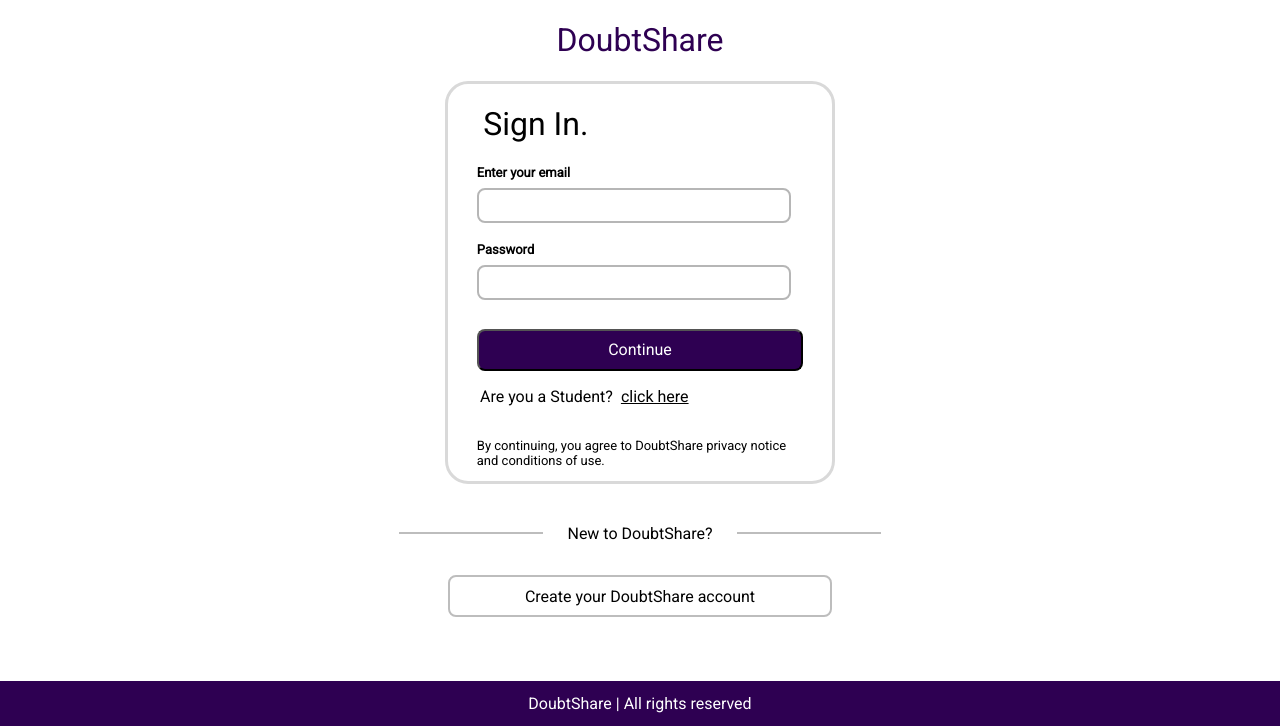
Repository: drumsmanku/doubtshare
Page: /login/tutor (app in frontend/)
The author's editor kept a copy of each file at every save. The page is drawn from the files as they stood at one save, then again after the next save.
The browser window is 1280 px wide. The pictures show the whole page.
The project was rebuilt for these pictures with package versions that can differ from the ones it lists, and the page was loaded fresh each time. Also part of the build but not shown: frontend/src/App.css, frontend/src/Components/Register/Register.js, frontend/src/Components/Dashboard/Dashboard.js, frontend/src/Components/Login/Login.js, frontend/src/Components/RegisterTutor/RegisterTutor.js.

Above is the page before, as saved 2023-12-30 12:27:00.

### frontend/src/App.js
import './App.css';
import { BrowserRouter as Router, Route, Routes} from 'react-router-dom';
import Register from './Components/Register/Register';
import Dashboard from './Components/Dashboard/Dashboard';
import Login from './Components/Login/Login';
import LoginTutor from './Components/LoginTutor/LoginTutor';
import RegisterTutor from './Components/RegisterTutor/RegisterTutor';

function App() {
  return (
    <div className="App">
      <Router>
        <Routes>
          <Route path='/' element={<Dashboard/>}/>
          <Route path='/register/student' element={<Register/>}/>
          <Route path='/login/student' element={<Login/>}/>
          <Route path='/login/tutor' element={<LoginTutor/>}/>
          <Route path='/register/tutor' element={<RegisterTutor/>}/>
        </Routes>
      </Router>
    </div>
  );
}

export default App;

### frontend/src/Components/LoginTutor/LoginTutor.js
import React, { useState } from 'react';
import { useNavigate } from 'react-router-dom';
import axios from 'axios';
import styles from './LoginTutor.module.css';

const DivStyles={
  display: 'flex',
  flexDirection: 'column',
  marginBottom: '1.2rem',
  alignItems: 'flex-start',
  width: '85%',
}
const InputStyles={
  width: '90%',
  padding:'0.5rem 0.5rem 0.5rem 0.5rem',
  borderRadius: '8px',
  border:'2px solid #B6B6B6',
  marginTop: '0.5rem',
}

function LoginTutor() {
  const navigate = useNavigate();
  const [error, setError]=useState('');
  const [user, setUser] = useState({
    email: '',
    password: '',
  });

  const handleChange = e => {
    setUser({
      ...user,
      [e.target.name]: e.target.value
    });
  };
  const login = (event) => {
    event.preventDefault();
    axios.post('http://localhost:4000/login/tutor', user)
      .then(res => {
        localStorage.setItem('token', res.data.token);
        localStorage.setItem('user', res.data.name);
        const tokenData=localStorage.getItem('token')
        if(tokenData!=='undefined') {
          navigate('/')
        }
        else{
         setError('Invalid credentials');
        }


      })
      .catch(err => console.log(err));
  };
  return (
    <div className={styles.container}>
      <div className={styles.heading}>
        <h1 style={{fontWeight:'500'}}>DoubtShare</h1>
      </div>
      <h1 className={styles.welcomeText} >Welcome</h1>
      <div className={styles.mainBody}>
        <form className={styles.form}>

          <div className={styles.inputContainer}>
            <h1 className={styles.signInText}>Sign In. <span className={styles.alreadyCustomer}>Already a customer?</span></h1>


            <div style={DivStyles}>
              <label htmlFor="email" style={{fontWeight:600, fontSize:'small'}}>Enter your email </label>
              <input type="text" name="email" value={user.email} onChange={handleChange} style={InputStyles}/>
            </div>


            <div style={DivStyles}>
              <label htmlFor="password" style={{fontWeight:600, fontSize:'small'}}>Password</label>
              <input type="password" name="password" value={user.password} onChange={handleChange} style={InputStyles} />
            </div>
            <span style={{color:'red', fontSize:'small', marginBottom:'0.6rem'}}>
              {error}
            </span>

          </div>

          <div style={{width:'100%', display:'flex', justifyContent:'center'}}>
            <button className={styles.buttonStyles} type="submit" style={{ cursor:'pointer'}} onClick={login}>Continue</button>
          </div>

          <div style={{width:'100%', display:'flex', alignItems:'center', paddingLeft:'2rem'}}>
             <p>Are you a Student?</p>
             <u style={{ cursor:'pointer', marginLeft:'0.5rem'}} onClick={()=>{navigate('/login/student')}}>click here</u>
          </div>

          <div style={{width:'100%', display:'flex', justifyContent:'center', marginTop:'1rem'}}>
            <p style={{width:'85%', textAlign:'left',fontSize:'small',  marginTop:0}}>By continuing, you agree to DoubtShare privacy notice and conditions of use.
            </p>
          </div>

        </form>
        <div style={{display:'flex', marginTop:'2.5rem'}}>
          <hr className={styles.wideLine} />
          <span className={styles.newToMusic} >New to DoubtShare?</span>
          <hr className={styles.wideLine} />
        </div>

        <button className={styles.notLoggedInButton}  onClick={()=>{navigate('/register/tutor')}}>Create your DoubtShare account</button>
      </div>


      <footer style={{ backgroundColor:'#2E0052', width:'100%', padding:'0.8rem 0 0.8rem 0', color:'white', textAlign:'center'}}>
          DoubtShare | All rights reserved
      </footer>
    </div>
  )
}

export default LoginTutor

### frontend/src/Components/Register/Register.module.css
@import url('https://fonts.googleapis.com/css2?family=DM+Sans&family=Roboto&display=swap');

body{
  font-family: 'Roboto';
}

.container{
  height: 100vh;
  width: 100%;
  display: flex;
  flex-direction: column;

  align-items: center;
  justify-content: space-between;
}

.form{
  display: flex;
  flex-direction: column;
  border: 3px solid #D9D9D9;
  border-radius: 23.2px;
  width: 30%;

}
.inputContainer{
  display: flex;
  align-items: center;
  flex-direction: column;
}

.buttonStyles{
  width: 85%;
  background-color: #2E0052;
  border-radius: 8px;
  color: white;
  padding: 0.6rem 0 0.6rem 0;
  font-family: 'Roboto';
  font-weight: 500;
  font-size: medium;
}

.welcomeText{
  display: none;
}

.heading{
  display: flex;
  align-items: center;
  font-family: 'Roboto';
  color: #2E0052;
  font-weight: 500;
}
@media (max-width: 768px){
  .heading{
    background-color: #2E0052;
    width: 100%;
    height: 8%;
    display: flex;
    padding-left: 2rem;
    align-items: center;
    color: white;
    font-size: small;
    font-weight: 400;
  }
  .form{
    width: 80%;
  }
  .notLoggedInButton{
    width: 80%;
  }
  .wideLine{
    width: 5rem;
  }
  .newToMusic{
    margin:0 1.5rem 0 1rem;
  }
  hr {
    width: 4rem;
  }
  .welcomeText {
    display: block;
    font-weight: 500;
    width: 80%;
    text-align: start;
  }
  .inputContainer>h1{
    font-size: medium;
    font-weight: 500;
    padding-left: 1.5rem;
  }
  .alreadyCustomer{
    font-weight: 400;
    display: inline-block;
  }
  footer{
    margin-top: 1rem;
  }
}

### frontend/src/Components/Login/Login.module.css
@import url('https://fonts.googleapis.com/css2?family=DM+Sans&family=Roboto&display=swap');

body{
  font-family: 'Roboto';
}

.container{
  height: 100vh;
  width: 100%;
  display: flex;
  flex-direction: column;
  justify-content: space-between;
  align-items: center;
}

.form{
  display: flex;
  flex-direction: column;
  border: 3px solid #D9D9D9;
  border-radius: 23.2px;
  width: 30%;

}
.inputContainer{
  display: flex;
  align-items: center;
  flex-direction: column;
}

.buttonStyles{
  width: 85%;
  background-color: #2E0052;
  border-radius: 8px;
  color: white;
  padding: 0.6rem 0 0.6rem 0;
  font-family: 'Roboto';
  font-weight: 500;
  font-size: medium;
}
.notLoggedInButton{
  width: 30%;
  background:none;
  border: 2px solid #BDBDBD;
  border-radius: 8px;
  color: black;
  padding: 0.6rem 0 0.6rem 0;
  font-family: 'Roboto';
  font-weight: 500;
  font-size: medium;
  margin-top: 2rem;
  cursor: pointer;
}
.heading{
  display: flex;
  align-items: center;
  font-family: 'Roboto';
  color: #2E0052;
  font-weight: 500;
}
.newToMusic{
  margin:0 1.5rem 0 1.5rem;
}
.wideLine {
  height: 2px;
  width: 9rem;
  background-color: #BDBDBD;
  border: none;
}

.welcomeText{
  display: none;
}
.signInText{
  align-self: flex-start;
  padding-left: 2.2rem;
  font-weight: 500;
}
.alreadyCustomer{

  display: none;
}

.mainBody{
  width: 100%;
  display: flex;
  flex-direction: column;
  align-items: center;
  margin-bottom: 4rem;
}

@media (max-width: 768px){
  .heading{
    background-color: #2E0052;
    width: 100%;
    height: 8%;
    display: flex;
    padding-left: 2rem;
    align-items: center;
    color: white;
    font-size: small;
    font-weight: 400;
  }
  .form{
    width: 80%;
  }
  .notLoggedInButton{
    width: 80%;
  }
  .wideLine{
    width: 5rem;
  }
  .newToMusic{
    margin:0 1.5rem 0 1rem;
  }
  .wideLine{
    width: 4rem;
  }
  .welcomeText {
    display: block;
    font-weight: 500;
    width: 80%;
    text-align: start;
  }
  .inputContainer>h1{
    font-size: medium;
    font-weight: 500;
    padding-left: 1.5rem;
  }
  .alreadyCustomer{
    font-weight: 400;
    display: inline-block;
  }
}

### frontend/src/Components/LoginTutor/LoginTutor.module.css
@import url('https://fonts.googleapis.com/css2?family=DM+Sans&family=Roboto&display=swap');

body{
  font-family: 'Roboto';
}

.container{
  height: 100vh;
  width: 100%;
  display: flex;
  flex-direction: column;
  justify-content: space-between;
  align-items: center;
}

.form{
  display: flex;
  flex-direction: column;
  border: 3px solid #D9D9D9;
  border-radius: 23.2px;
  width: 30%;

}
.inputContainer{
  display: flex;
  align-items: center;
  flex-direction: column;
}

.buttonStyles{
  width: 85%;
  background-color: #2E0052;
  border-radius: 8px;
  color: white;
  padding: 0.6rem 0 0.6rem 0;
  font-family: 'Roboto';
  font-weight: 500;
  font-size: medium;
}
.notLoggedInButton{
  width: 30%;
  background:none;
  border: 2px solid #BDBDBD;
  border-radius: 8px;
  color: black;
  padding: 0.6rem 0 0.6rem 0;
  font-family: 'Roboto';
  font-weight: 500;
  font-size: medium;
  margin-top: 2rem;
  cursor: pointer;
}
.heading{
  display: flex;
  align-items: center;
  font-family: 'Roboto';
  color: #2E0052;
  font-weight: 500;
}
.newToMusic{
  margin:0 1.5rem 0 1.5rem;
}
.wideLine {
  height: 2px;
  width: 9rem;
  background-color: #BDBDBD;
  border: none;
}

.welcomeText{
  display: none;
}
.signInText{
  align-self: flex-start;
  padding-left: 2.2rem;
  font-weight: 500;
}
.alreadyCustomer{

  display: none;
}

.mainBody{
  width: 100%;
  display: flex;
  flex-direction: column;
  align-items: center;
  margin-bottom: 4rem;
}

@media (max-width: 768px){
  .heading{
    background-color: #2E0052;
    width: 100%;
    height: 8%;
    display: flex;
    padding-left: 2rem;
    align-items: center;
    color: white;
    font-size: small;
    font-weight: 400;
  }
  .form{
    width: 80%;
  }
  .notLoggedInButton{
    width: 80%;
  }
  .wideLine{
    width: 5rem;
  }
  .newToMusic{
    margin:0 1.5rem 0 1rem;
  }
  .wideLine{
    width: 4rem;
  }
  .welcomeText {
    display: block;
    font-weight: 500;
    width: 80%;
    text-align: start;
  }
  .inputContainer>h1{
    font-size: medium;
    font-weight: 500;
    padding-left: 1.5rem;
  }
  .alreadyCustomer{
    font-weight: 400;
    display: inline-block;
  }
}

### frontend/src/Components/RegisterTutor/RegisterTutor.module.css
@import url('https://fonts.googleapis.com/css2?family=DM+Sans&family=Roboto&display=swap');

body{
  font-family: 'Roboto';
}

.container{
  height: 100vh;
  width: 100%;
  display: flex;
  flex-direction: column;

  align-items: center;
  justify-content: space-between;
}

.form{
  display: flex;
  flex-direction: column;
  border: 3px solid #D9D9D9;
  border-radius: 23.2px;
  width: 30%;

}
.inputContainer{
  display: flex;
  align-items: center;
  flex-direction: column;
}

.buttonStyles{
  width: 85%;
  background-color: #2E0052;
  border-radius: 8px;
  color: white;
  padding: 0.6rem 0 0.6rem 0;
  font-family: 'Roboto';
  font-weight: 500;
  font-size: medium;
}

.welcomeText{
  display: none;
}

.heading{
  display: flex;
  align-items: center;
  font-family: 'Roboto';
  color: #2E0052;
  font-weight: 500;
}
@media (max-width: 768px){
  .heading{
    background-color: #2E0052;
    width: 100%;
    height: 8%;
    display: flex;
    padding-left: 2rem;
    align-items: center;
    color: white;
    font-size: small;
    font-weight: 400;
  }
  .form{
    width: 80%;
  }
  .notLoggedInButton{
    width: 80%;
  }
  .wideLine{
    width: 5rem;
  }
  .newToMusic{
    margin:0 1.5rem 0 1rem;
  }
  hr {
    width: 4rem;
  }
  .welcomeText {
    display: block;
    font-weight: 500;
    width: 80%;
    text-align: start;
  }
  .inputContainer>h1{
    font-size: medium;
    font-weight: 500;
    padding-left: 1.5rem;
  }
  .alreadyCustomer{
    font-weight: 400;
    display: inline-block;
  }
  footer{
    margin-top: 1rem;
  }
}

Loaded but not shown: frontend/public/index.html (common file); frontend/src/index.js (common file); frontend/src/index.css (common file)

After the next save:
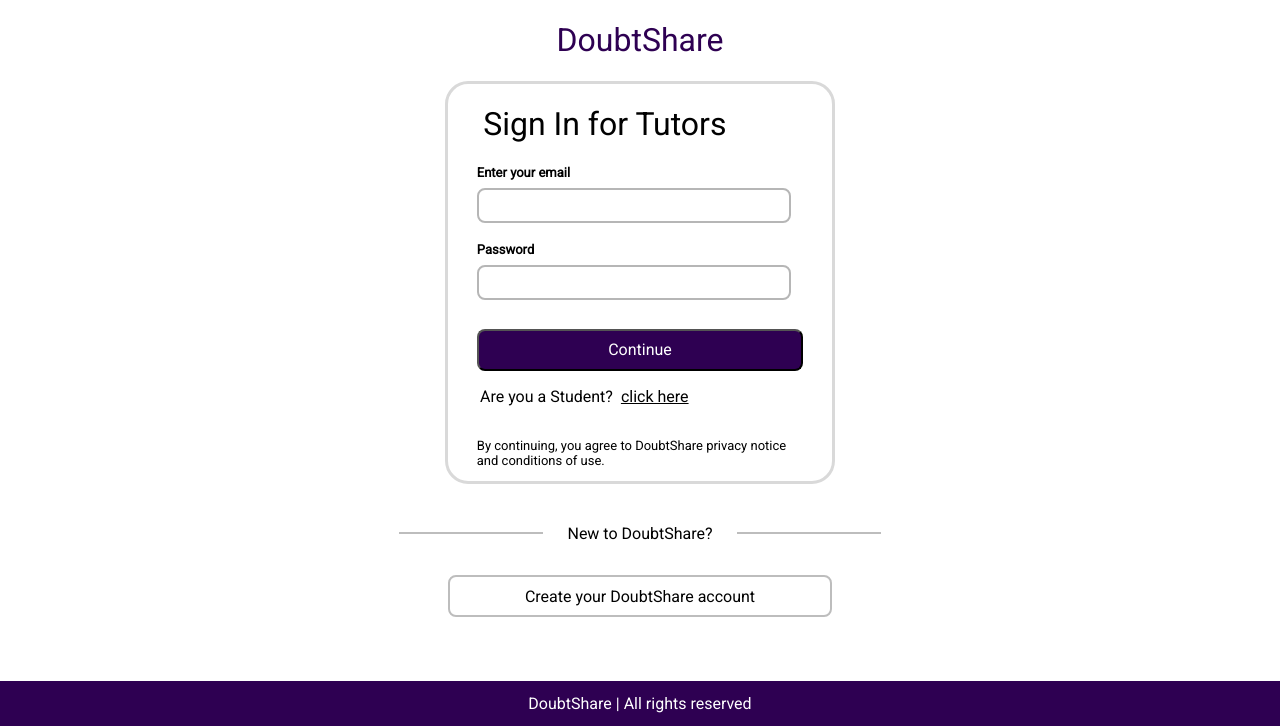
Saved 12 s later.
--- a/frontend/src/Components/LoginTutor/LoginTutor.js
+++ b/frontend/src/Components/LoginTutor/LoginTutor.js
@@ -60,7 +60,7 @@ function LoginTutor() {
         <form className={styles.form}>
 
           <div className={styles.inputContainer}>
-            <h1 className={styles.signInText}>Sign In. <span className={styles.alreadyCustomer}>Already a customer?</span></h1>
+            <h1 className={styles.signInText}>Sign In for Tutors </h1>
 
 
             <div style={DivStyles}>
